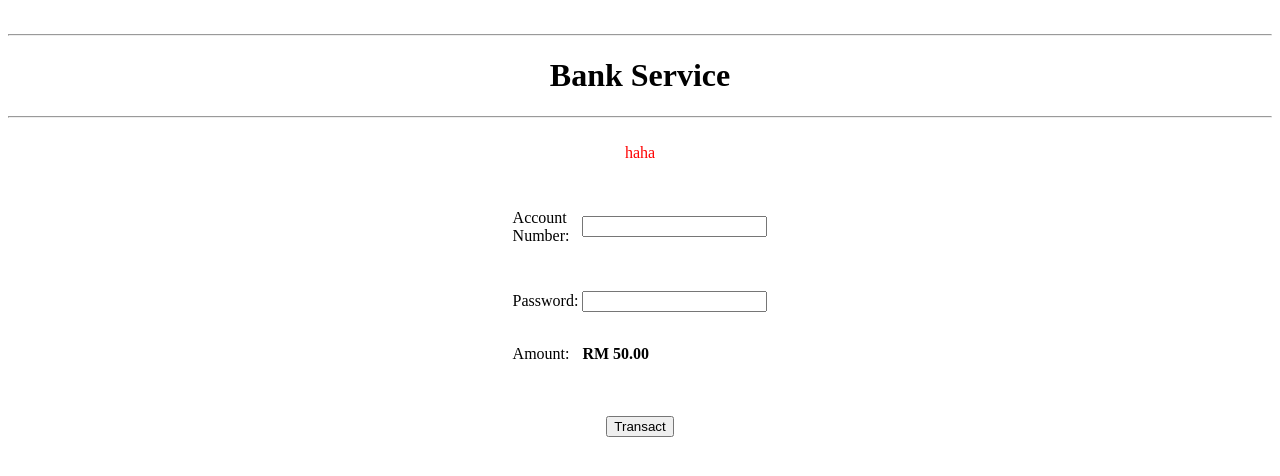
Repository: Jeck97/Mcdonald-Delivery-System
Page: http://localhost/McDelivery/bankService/transactionForm.jsp
These files come from the project's save history. The page is drawn as it stood at one moment and after the next save; the edit follows.
The browser window is 1280 px wide. The pictures show the whole page.
The page is served by Tomcat 9. Other server files are loaded and not shown.

Above is the page before, as saved 2020-07-12 18:11:20.

### McDelivery/WebContent/bankService/transactionForm.jsp
<%@ page language="java" contentType="text/html; charset=ISO-8859-1"
	pageEncoding="ISO-8859-1"%>
<!DOCTYPE html>
<html>
<head>
<meta charset="ISO-8859-1">
<title>Transaction Page</title>
</head>
<body>

	<br>

	<hr>

	<h1 style="text-align: center;">Bank Service</h1>

	<hr>

	<br>

	<div style="color: #FF0000; text-align: center;">haha${errorMessage}</div>

	<br>

	<form action="transactionServlet" method="post">

		<table style="align-content: space-between; margin: auto; width: 250px; height: 200px;">
			<tr>
				<td><label for="account_number">Account Number:</label></td>
				<td><input id="account_number" name="account_number" type="number" required></td>
			</tr>
			<tr>
				<td><label for="password">Password:</label></td>
				<td><input id="password" name="password" type="password" required></td>
			</tr>
			<tr>
				<td><label>Amount:</label></td>
				<td><b>RM 50.00</b></td>
			</tr>
		</table>

		<br><br>

		<div style="text-align: center;">
			<input type="submit" value="Transact">
		</div>

	</form>

</body>
</html>

After the next save:
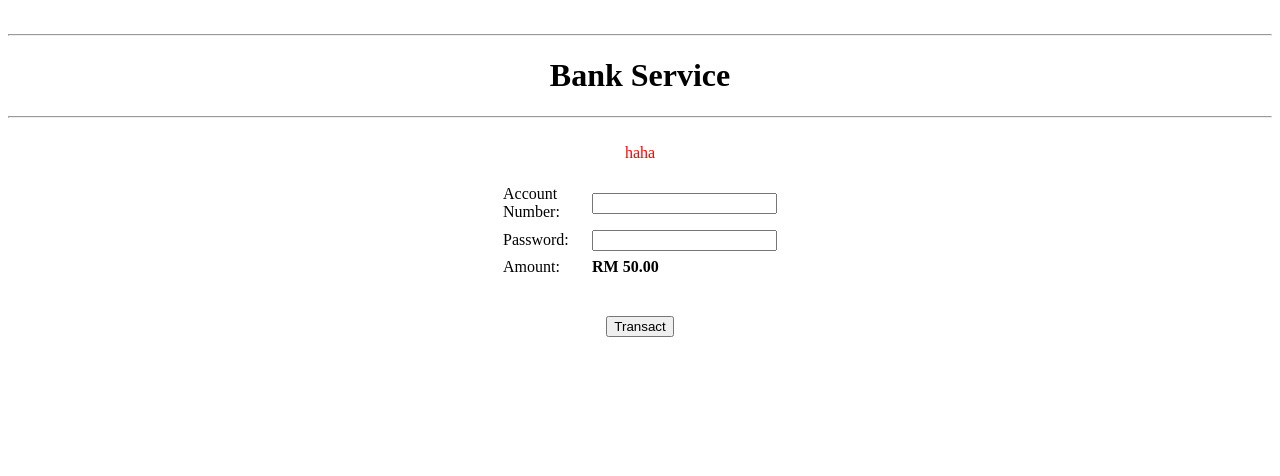
Saved 15 s later.
--- a/McDelivery/WebContent/bankService/transactionForm.jsp
+++ b/McDelivery/WebContent/bankService/transactionForm.jsp
@@ -24,7 +24,7 @@
 
 	<form action="transactionServlet" method="post">
 
-		<table style="align-content: space-between; margin: auto; width: 250px; height: 200px;">
+		<table style="align-content: space-between; margin: auto; width: 280px; height: 100px;">
 			<tr>
 				<td><label for="account_number">Account Number:</label></td>
 				<td><input id="account_number" name="account_number" type="number" required></td>
